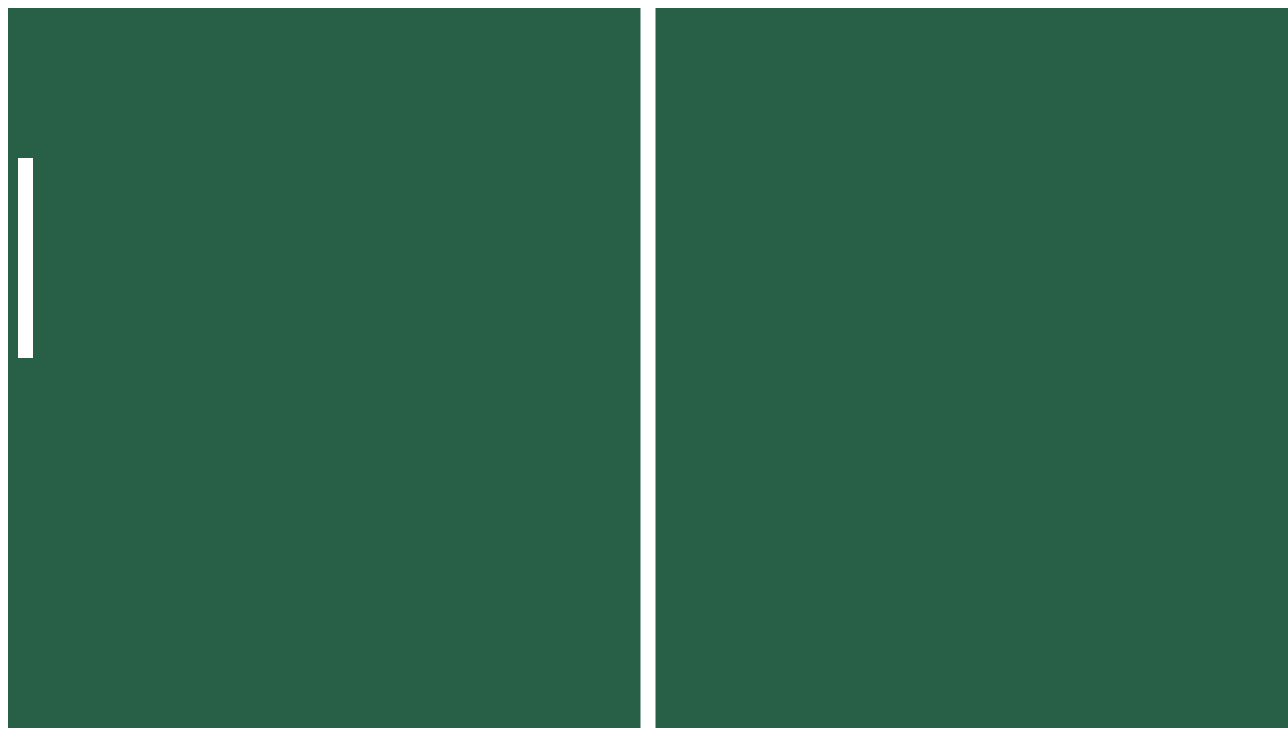
Repository: AkirahCarvalho/ping_pong
Page: index.html
These files come from the project's save history. The page is drawn as it stood at one moment and after the next save; the edit follows.
The browser window is 1280 px wide. The page is 1288 px wide, so the pictures cover 1288 px, including what lies to the right of the window. The pictures show the whole page.

Above is the page before, as saved 2024-03-26 15:52:26.

After the next save:
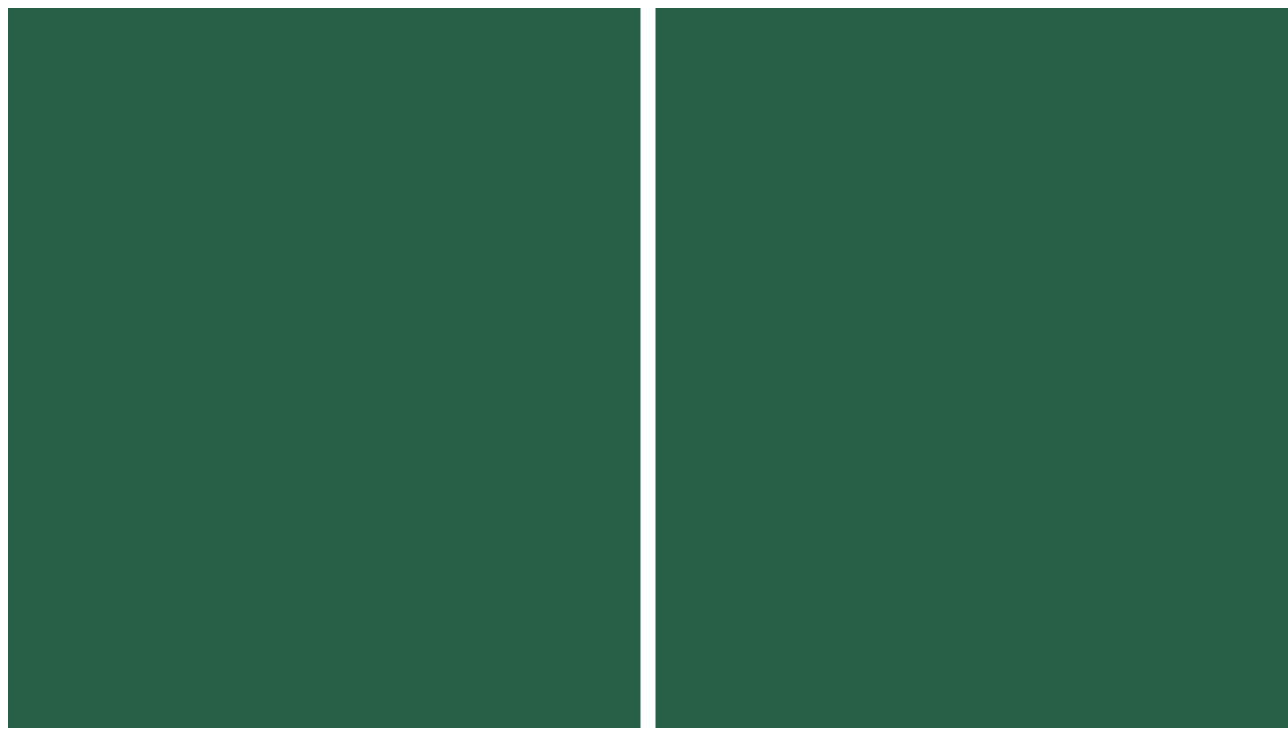
Saved 46 s later.
--- a/index.html
+++ b/index.html
@@ -4,6 +4,7 @@
     <meta charset="UTF-8">
     <meta name="viewport" content="width=device-width, initial-scale=1.0">
     <title>PING PONG</title>
+
 </head>
 <body>
     <canvas>
@@ -32,8 +33,6 @@
             const h=window.innerHeight
 
             canvasCtx.fillRect(x, y, w, h)
-
-            canvasCtx.fillRect(10, 150, lineWidth, 200)
         }
 
         setup()

After the 2 saves that followed:
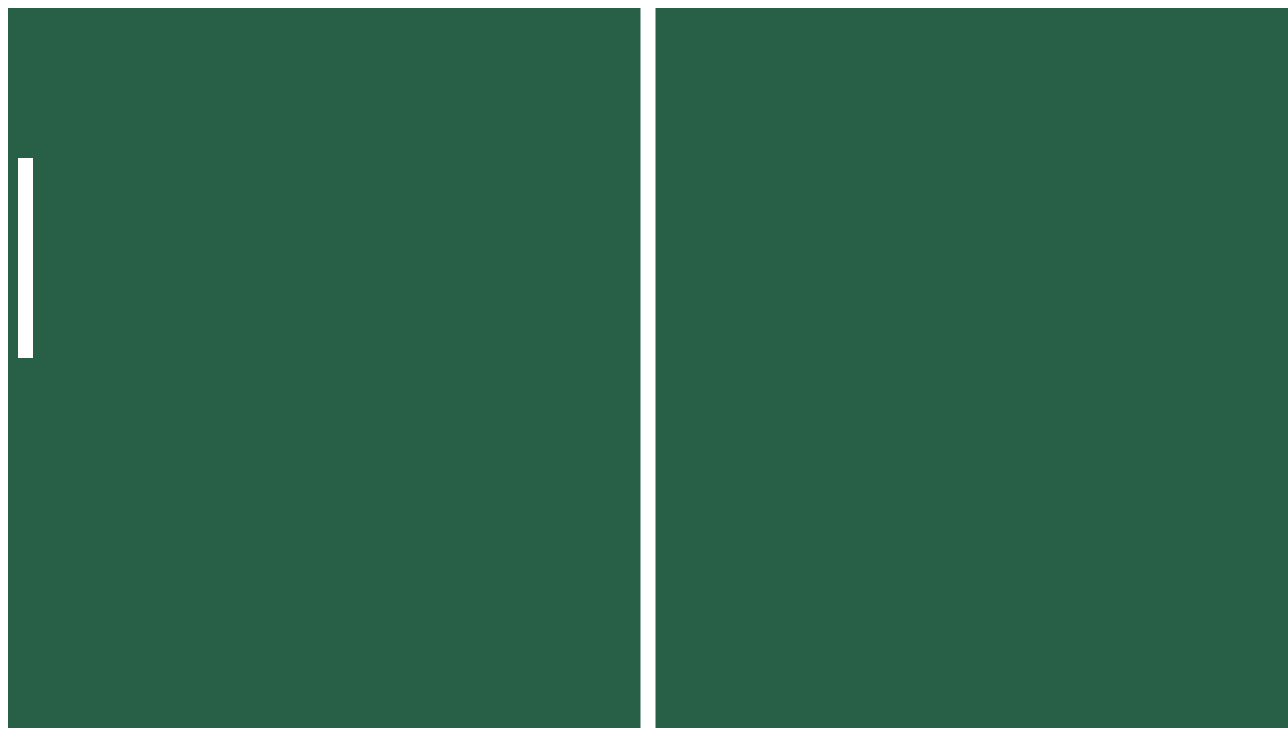
The 2 saves are shown as one change because 1 left the picture as it was.
The last was saved 31 s later.
--- a/index.html
+++ b/index.html
@@ -33,6 +33,8 @@
             const h=window.innerHeight
 
             canvasCtx.fillRect(x, y, w, h)
+
+            canvasCtx.fillRect(10, 150, lineWidth, 200)
         }
 
         setup()
